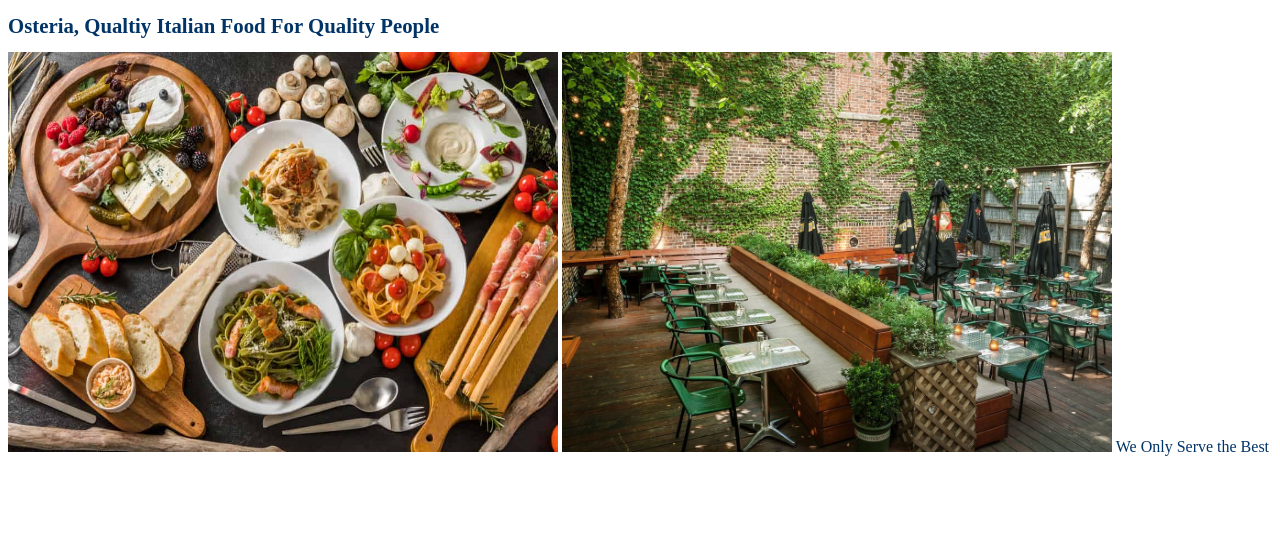
Repository: bala2672/bala2672.github.io
Page: 214/Website/menu.html
The author's editor kept a record of every edit. The page is drawn from the files as they stood at one moment, then again after the next edit.
The browser window is 1280 px wide. The pictures show the whole page.

Above is the page before.

After the next edit:
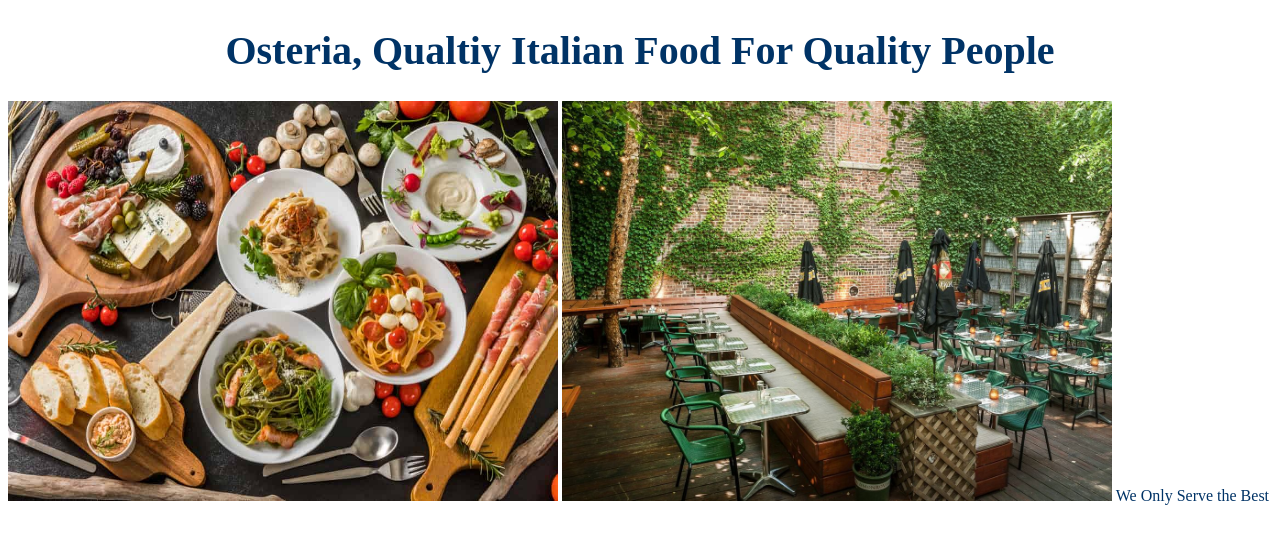
The edit:
--- a/214/Website/web.css
+++ b/214/Website/web.css
@@ -6,7 +6,8 @@
     h1  {
         font-family: "Marker Felt", "script";
  	 color: #003366;
- 	   font-size: 1.3em;
+ 	   font-size: 2.5em;
+ 	   text-align: center;
    }
 
    tr   {
